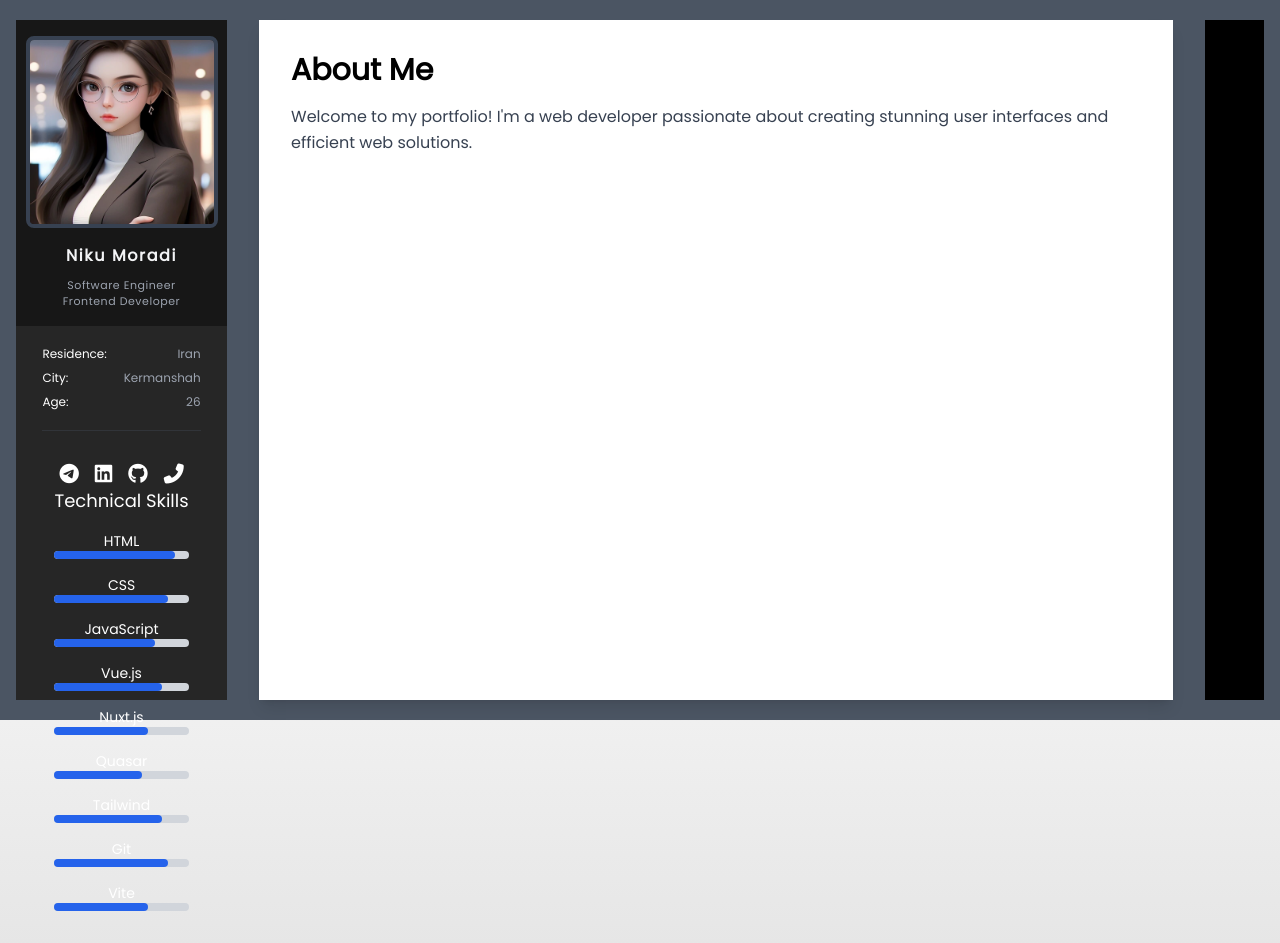
Repository: NikuMoradi/niku-moradi
Page: /
The author's editor kept a copy of each file at every save. The page is drawn from the files as they stood at one save, then again after the next save.
The browser window is 1280 px wide. The pictures show the whole page.
The project was rebuilt for these pictures with package versions that can differ from the ones it lists, and the page was loaded fresh each time. The framework's server and built-in components were replaced by stand-ins that run in the browser. Also part of the build but not shown: nuxt.config.ts, components/Blog Posts/Component-Design.vue, components/Blog.vue, components/Contact.vue, components/Education.vue, components/Experience.vue, components/Hero.vue, components/Menu.vue and 3 more.

Above is the page before, as saved 2024-11-29 11:29:21.

### assets/css/main.css
@tailwind base;
@tailwind components;
@tailwind utilities;

body {
  /* From https://css.glass */
  background: #ffffff;
  font-family: "Poppins", sans-serif;
}

@layer utilities {
}

### components/LeftPanel.vue
<template>
  <div
    class="bg-neutral-800 text-white w-72 flex flex-col items-center"
    style="height: calc(100vh - 40px)"
  >
    <!-- Header-->
    <div
      class="w-full py-4 flex flex-col items-center justify-center bg-neutral-900"
    >
      <img
        src="../assets/img/photo_2024-11-28_10-37-05.jpg"
        alt="Profile Picture"
        class="w-48 h-48 mb-5 rounded-lg border-4 border-gray-700 object-cover object-center"
      />
      <h2
        class="text-gray-100 text-[16px] font-semibold tracking-widest leading-[16.8px] mb-3"
      >
        Niku Moradi
      </h2>
      <p
        class="text-gray-400 text-[11px] font-light tracking-wider leading-[16.5px]"
      >
        Software Engineer
      </p>
      <p
        class="text-gray-400 text-[11px] font-light tracking-wider leading-[16.5px]"
      >
        Frontend Developer
      </p>
    </div>

    <div class="w-3/4 flex flex-col">
      <!-- table -->
      <div class="py-5 text-xs">
        <ul class="space-y-2">
          <li class="flex justify-between">
            <h6>Residence:</h6>
            <span class="text-gray-400">Iran</span>
          </li>
          <li class="flex justify-between">
            <h6>City:</h6>
            <span class="text-gray-400">Kermanshah</span>
          </li>
          <li class="flex justify-between">
            <h6>Age:</h6>
            <span class="text-gray-400">26</span>
          </li>
        </ul>
      </div>
      <!-- divider -->
      <div class="w-full h-px bg-gray-600 opacity-30"></div>
    </div>

    <!-- Social Links -->
    <div class="py-8 text-center mt-auto text-white">
      <div class="space-x-4">
        <a
          href="https://t.me/yourusername"
          target="_blank"
          class="text-white hover:text-blue-400"
        >
          <i class="fab fa-telegram fa-lg"></i>
        </a>
        <a
          href="https://linkedin.com/in/yourusername"
          target="_blank"
          class="text-white hover:text-blue-600"
        >
          <i class="fab fa-linkedin fa-lg"></i>
        </a>
        <a
          href="https://github.com/yourusername"
          target="_blank"
          class="text-white hover:text-gray-700"
        >
          <i class="fab fa-github fa-lg"></i>
        </a>
        <a href="tel:+1234567890" class="text-white hover:text-green-400">
          <i class="fas fa-phone-alt fa-lg"></i>
        </a>
      </div>
      <!-- Skill Bars -->
      <div class="space-y-4">
        <h3 class="text-lg font-medium">Technical Skills</h3>
        <div>
          <label class="block text-sm">HTML</label>
          <div class="w-full bg-gray-300 h-2 rounded-full">
            <div class="bg-blue-600 h-2 rounded-full" style="width: 90%"></div>
          </div>
        </div>
        <div>
          <label class="block text-sm">CSS</label>
          <div class="w-full bg-gray-300 h-2 rounded-full">
            <div class="bg-blue-600 h-2 rounded-full" style="width: 85%"></div>
          </div>
        </div>
        <div>
          <label class="block text-sm">JavaScript</label>
          <div class="w-full bg-gray-300 h-2 rounded-full">
            <div class="bg-blue-600 h-2 rounded-full" style="width: 75%"></div>
          </div>
        </div>
        <div>
          <label class="block text-sm">Vue.js</label>
          <div class="w-full bg-gray-300 h-2 rounded-full">
            <div class="bg-blue-600 h-2 rounded-full" style="width: 80%"></div>
          </div>
        </div>
        <div>
          <label class="block text-sm">Nuxt.js</label>
          <div class="w-full bg-gray-300 h-2 rounded-full">
            <div class="bg-blue-600 h-2 rounded-full" style="width: 70%"></div>
          </div>
        </div>
        <div>
          <label class="block text-sm">Quasar</label>
          <div class="w-full bg-gray-300 h-2 rounded-full">
            <div class="bg-blue-600 h-2 rounded-full" style="width: 65%"></div>
          </div>
        </div>
        <div>
          <label class="block text-sm">Tailwind</label>
          <div class="w-full bg-gray-300 h-2 rounded-full">
            <div class="bg-blue-600 h-2 rounded-full" style="width: 80%"></div>
          </div>
        </div>
        <div>
          <label class="block text-sm">Git</label>
          <div class="w-full bg-gray-300 h-2 rounded-full">
            <div class="bg-blue-600 h-2 rounded-full" style="width: 85%"></div>
          </div>
        </div>
        <div>
          <label class="block text-sm">Vite</label>
          <div class="w-full bg-gray-300 h-2 rounded-full">
            <div class="bg-blue-600 h-2 rounded-full" style="width: 70%"></div>
          </div>
        </div>
      </div>
    </div>
  </div>
</template>

### components/RightPanel.vue
<template>
  <div class="bg-black w-20" style="height: calc(100vh - 40px)"></div>
</template>

### layouts/default.vue
<template>
  <div
    class="flex justify-center items-center min-h-screen bg-gray-600 px-4 space-x-8"
  >
    <LeftPanel />

    <!-- Fixed Width Centered Card -->
    <div
      class="bg-white shadow-lg w-full max-w-5xl overflow-hidden"
      style="height: calc(100vh - 40px)"
    >
      <!-- Scrollable Content -->
      <div class="overflow-y-auto h-full scrollbar-hide">
        <NuxtPage />
      </div>
    </div>
    <!-- Right Panel -->
    <RightPanel />
  </div>
</template>

<style>
/* Add any custom global styles here */
body {
  background: linear-gradient(to bottom, #f0f0f0, #d0d0d0);
}
</style>

### app.vue
<!-- The app.vue is just holding the layout container and serving as the root.
 The default.vue layout handles the overall structure of the page.
All content from your pages will automatically be placed inside the NuxtPage slot of the layout.-->
<template>
  <NuxtLayout />
</template>

### pages/index.vue
<template>
  <div class="p-8">
    <h1 class="text-3xl font-bold mb-4">About Me</h1>
    <p class="text-gray-700 leading-relaxed">
      Welcome to my portfolio! I'm a web developer passionate about creating
      stunning user interfaces and efficient web solutions.
    </p>
  </div>
</template>

### tailwind.config.js
/** @type {import('tailwindcss').Config} */
export default {
  content: [
    "./components/**/*.{js,vue,ts}",
    "./layouts/**/*.vue",
    "./pages/**/*.vue",
    "./plugins/**/*.{js,ts}",
    "./app.vue",
    "./error.vue",
  ],
  theme: {
    extend: {},
  },
  plugins: [require("tailwind-scrollbar-hide")],
};

Loaded but not shown: plugins/aos.client.js (no copy from this time; the picture is the same without it)

After the next save:
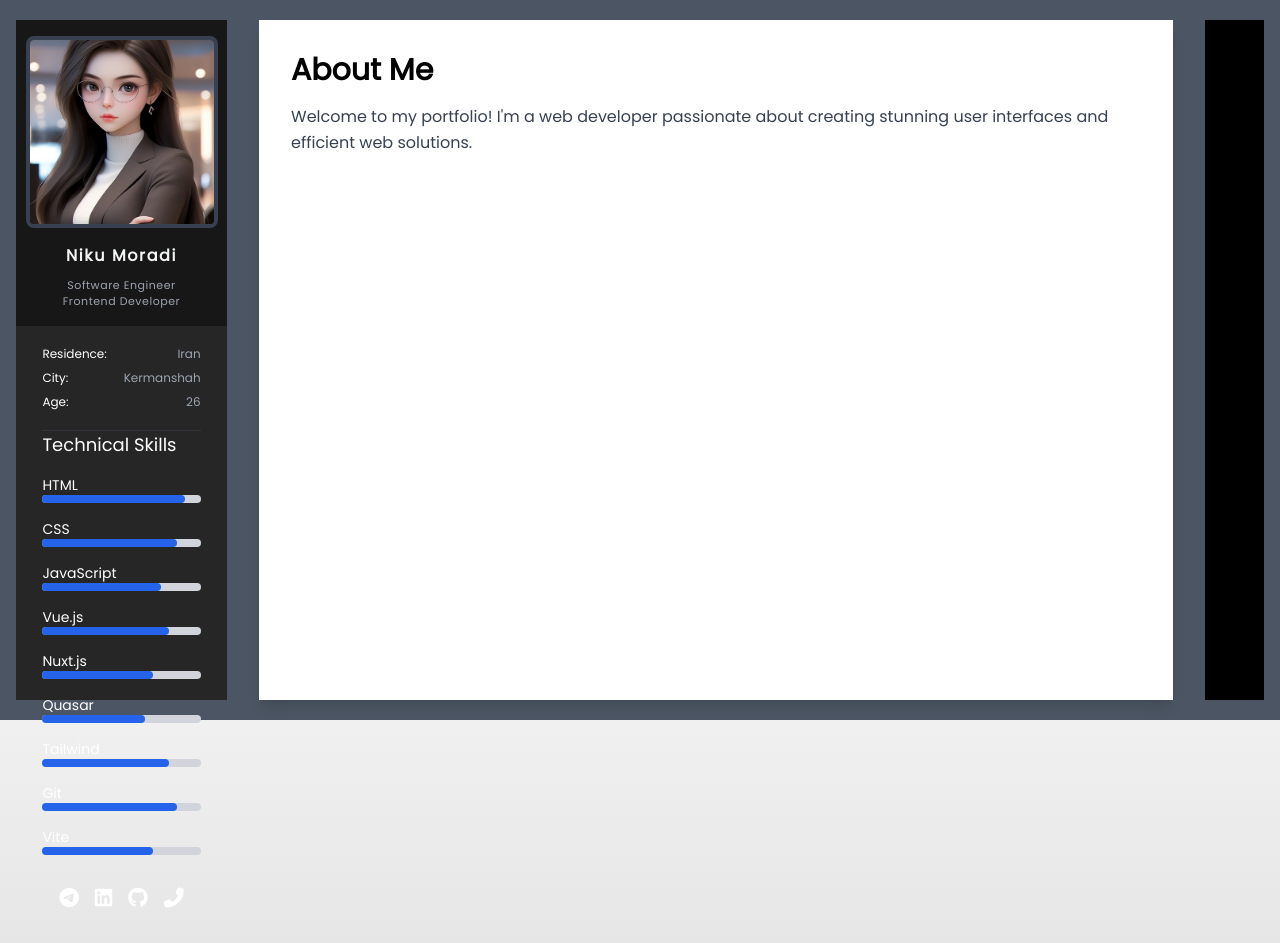
Saved 18 s later.
--- a/components/LeftPanel.vue
+++ b/components/LeftPanel.vue
@@ -49,36 +49,6 @@
       </div>
       <!-- divider -->
       <div class="w-full h-px bg-gray-600 opacity-30"></div>
-    </div>
-
-    <!-- Social Links -->
-    <div class="py-8 text-center mt-auto text-white">
-      <div class="space-x-4">
-        <a
-          href="https://t.me/yourusername"
-          target="_blank"
-          class="text-white hover:text-blue-400"
-        >
-          <i class="fab fa-telegram fa-lg"></i>
-        </a>
-        <a
-          href="https://linkedin.com/in/yourusername"
-          target="_blank"
-          class="text-white hover:text-blue-600"
-        >
-          <i class="fab fa-linkedin fa-lg"></i>
-        </a>
-        <a
-          href="https://github.com/yourusername"
-          target="_blank"
-          class="text-white hover:text-gray-700"
-        >
-          <i class="fab fa-github fa-lg"></i>
-        </a>
-        <a href="tel:+1234567890" class="text-white hover:text-green-400">
-          <i class="fas fa-phone-alt fa-lg"></i>
-        </a>
-      </div>
       <!-- Skill Bars -->
       <div class="space-y-4">
         <h3 class="text-lg font-medium">Technical Skills</h3>
@@ -138,5 +108,35 @@
         </div>
       </div>
     </div>
+
+    <!-- Social Links -->
+    <div class="py-8 text-center mt-auto text-white">
+      <div class="space-x-4">
+        <a
+          href="https://t.me/yourusername"
+          target="_blank"
+          class="text-white hover:text-blue-400"
+        >
+          <i class="fab fa-telegram fa-lg"></i>
+        </a>
+        <a
+          href="https://linkedin.com/in/yourusername"
+          target="_blank"
+          class="text-white hover:text-blue-600"
+        >
+          <i class="fab fa-linkedin fa-lg"></i>
+        </a>
+        <a
+          href="https://github.com/yourusername"
+          target="_blank"
+          class="text-white hover:text-gray-700"
+        >
+          <i class="fab fa-github fa-lg"></i>
+        </a>
+        <a href="tel:+1234567890" class="text-white hover:text-green-400">
+          <i class="fas fa-phone-alt fa-lg"></i>
+        </a>
+      </div>
+    </div>
   </div>
 </template>
